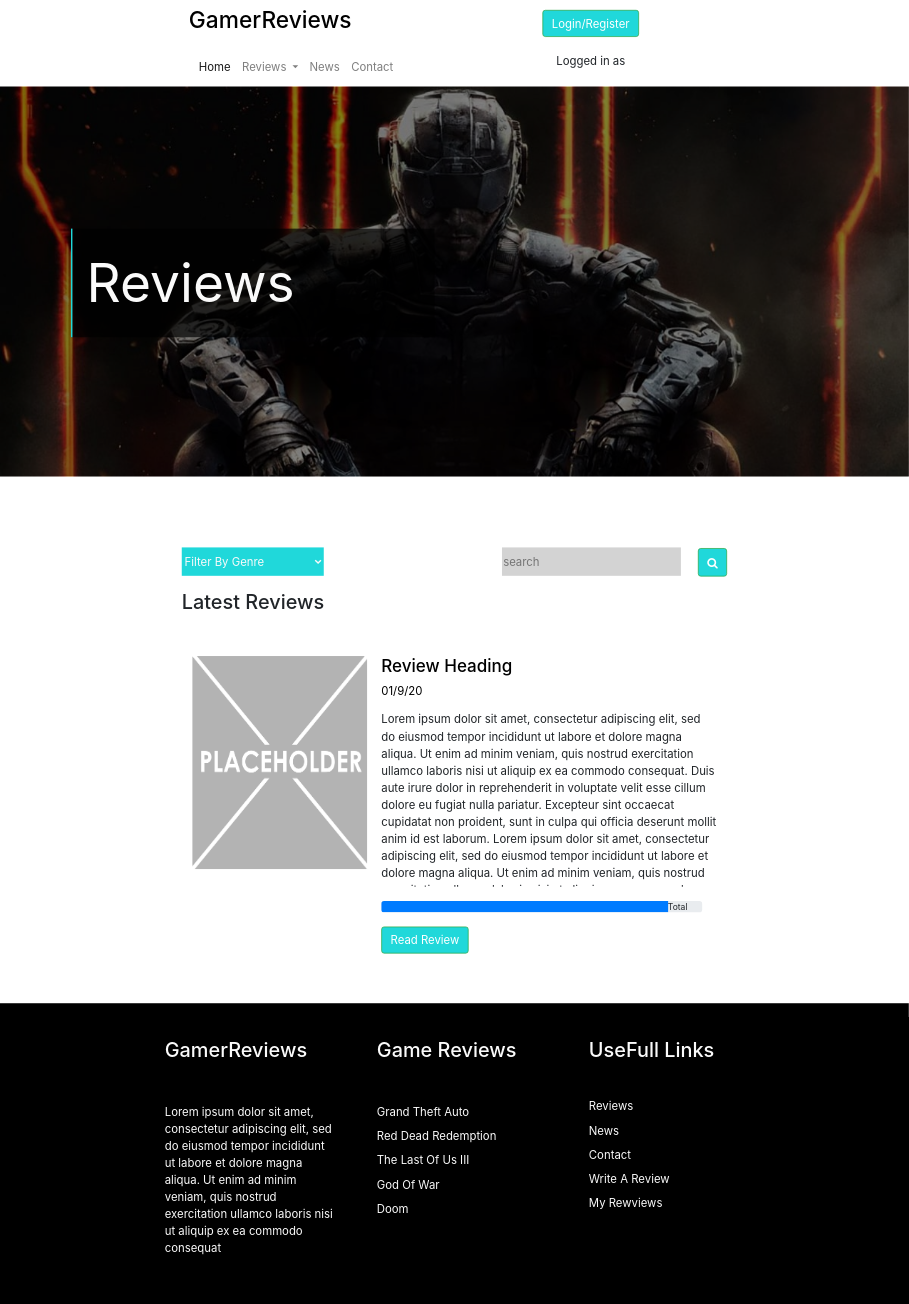
Repository: Code-Institute-Submissions/gamer-reviews
Page: http://localhost/reviews
The author's editor kept a record of every edit. The page is drawn from the files as they stood at one moment, then again after the next edit.
The browser window is 1280 px wide. The pictures show the whole page, at 71% of full size.
The page is served by the project's application, run on Flask 3 (app.py). Queries for data that is not in the repository find no rows.

Above is the page before.

### templates/reviews.html
{% extends 'base.html' %}
{% block content %}
<section>
    <div class="row container-fluid hero-image-area">
        <div class="col-12 hero-image">
            <img src="static/images/black-ops-bg.jpg" class="hero-image">
            <div class="black-overlay">
                <div>
                    <div class="reviews-hero-heading">
                        Reviews
                    </div>
                </div>
            </div>
        </div>
    </div>
</section>
<section class="reviews">
    <div class="row filter-search-area">
        <div class="col-6 filter-area">
            <select name="select-filter" class="filter">
                <option value="" class="filter-option" disabled selected>Filter By Genre</option>
                <option value="Action" class="filter-option">Action</option>
                <option value="Action-Adventure" class="filter-option">Action-Adventure</option>
                <option value="Adventure" class="filter-option">Adventure</option>
                <option value="Role-Playing" class="filter-option">Role-Playing</option>
                <option value="Simulation" class="filter-option">Simulation</option>
                <option value="Strategy" class="filter-option">Strategy</option>
                <option value="sports" class="filter-option">Sports</option>
            </select>
        </div>
        <div class="col-6 search-area">
            <form>
                <input type="search" name="review-search" id="review-search" class="search" placeholder="search"></input>
                <button type="submit" class="btn btn-success search-btn"><i class="fa fa-search"></i></button>
            </form>
        </div>
    </div>
    <div class="row">
        <div class="col-12">
            <h3 class="reviews-heading">Latest Reviews</h3>
        </div>
    </div>
    <div class="row review-area container">
        <div class="col-4">
            <img src="static/images/placeholder.png" class="review-img">
        </div>
        <div class="col-8">
            <h4 class="review-heading">Review Heading</h4>
            <p class="review-heading">01/9/20</p>
            <div>
                <p class="review-content">Lorem ipsum dolor sit amet, consectetur adipiscing elit, sed do eiusmod tempor incididunt ut labore et dolore magna aliqua. Ut enim ad minim veniam, quis nostrud exercitation ullamco laboris nisi ut aliquip ex ea commodo consequat. Duis
                    aute irure dolor in reprehenderit in voluptate velit esse cillum dolore eu fugiat nulla pariatur. Excepteur sint occaecat cupidatat non proident, sunt in culpa qui officia deserunt mollit anim id est laborum. Lorem ipsum dolor sit
                    amet, consectetur adipiscing elit, sed do eiusmod tempor incididunt ut labore et dolore magna aliqua. Ut enim ad minim veniam, quis nostrud exercitation ullamco laboris nisi ut aliquip ex ea commodo consequat. Duis aute irure dolor
                    in
                </p>
                <div class="progress">
                                <div class="progress-bar" role="progressbar" aria-valuenow="90" aria-valuemin="0" aria-valuemax="100" style="width:90%">
                                    <span class="sr-only"> 90% complete</span>
                                </div>
                                <span class="progress-type">Total 4.5</span>
                            </div>
                <a href="#"><button class="btn-success btn read-article-btn">Read Review</button></a>
            </div>
        </div>
    </div>
</section>
{% endblock %}

### templates/base.html
<!DOCTYPE html>
<html>

<head>
    <meta charset="UTF-8">
    <meta name="viewport" content="width=device-width, initial-scale=1.0">
    <meta http-equiv="X-UA-Compatible" content="ie=edge">
    <meta http-equiv="Content-Security-Policy" content="upgrade-insecure-requests">
    <link rel="stylesheet" href="https://stackpath.bootstrapcdn.com/bootstrap/4.4.1/css/bootstrap.min.css" type="text/css" />
    <link rel="stylesheet" href="https://stackpath.bootstrapcdn.com/font-awesome/4.7.0/css/font-awesome.min.css" type="text/css" />
    <link rel="stylesheet" href="https://cdnjs.cloudflare.com/ajax/libs/OwlCarousel2/2.3.4/assets/owl.carousel.min.css" integrity="sha512-tS3S5qG0BlhnQROyJXvNjeEM4UpMXHrQfTGmbQ1gKmelCxlSEBUaxhRBj/EFTzpbP4RVSrpEikbmdJobCvhE3g==" crossorigin="anonymous" />
    <link rel="stylesheet" href="https://cdnjs.cloudflare.com/ajax/libs/OwlCarousel2/2.3.4/assets/owl.theme.default.css" integrity="sha512-OTcub78R3msOCtY3Tc6FzeDJ8N9qvQn1Ph49ou13xgA9VsH9+LRxoFU6EqLhW4+PKRfU+/HReXmSZXHEkpYoOA==" crossorigin="anonymous" />
    <link href="https://fonts.googleapis.com/css2?family=Montserrat&display=swap" rel="stylesheet">
    <link rel="stylesheet" href="{{url_for('static', filename='css/style.css')}}" type="text/css" />
    {% block scripts %}{% endblock %}
    <title>GamerReview</title>
</head>

<body>
    <header class="header">
        <div class="top-header-area">
            <div class="row">
                <div class="col-6 container logo-area">
                    <a href="{{url_for('index')}}">
                        <h2 class="logo">GamerReviews</h2>
                    </a>
                </div>
                <div class="col-6 container login-area">
                    <a href="{{url_for('login')}}">
                        <button type="button" class="login-btn btn btn-success">
                            Login/Register<span><button class="login-btn-small btn btn-success"><i class="fa fa-lock"></i></span></button>
                        </button>
                    </a>
                </div>
            </div>
        </div>
        <div class="row">
            <div class="col-6 navigation-area">
                <nav class="navbar navbar-expand-md navbar-light">
                    <button class="navbar-toggler" type="button" data-toggle="collapse" data-target="#navbarSupportedContent" aria-controls="navbarSupportedContent" aria-expanded="false" aria-label="Toggle navigation">
                        <span class="navbar-toggler-icon"></span>
                    </button>
                    <div class="collapse navbar-collapse" id="navbarSupportedContent">
                        <ul class="navbar-nav mr-auto">
                            <li class="nav-item active">
                                <a class="nav-link" href="{{url_for('index')}}">Home<span class="sr-only">(current)</span></a>
                            </li>
                            <li class="nav-item dropdown">
                                <a class="nav-link dropdown-toggle" id="navbarDropdown" role="button" data-toggle="dropdown" aria-haspopup="true" aria-expanded="false">
                                Reviews
                            </a>
                                <div class="dropdown-menu" aria-labelledby="navbarDropdown">
                                    <a class="dropdown-item" href="{{url_for('reviews')}}">Reviews</a>
                                    <a class="dropdown-item" href="{{url_for('write_review')}}">Write A Review</a>
                                    <a class="dropdown-item" href="{{url_for('my_reviews')}}">My Reviews</a>
                                </div>
                            </li>
                            <li class="nav-item">
                                <a class="nav-link" href="{{url_for('articles')}}">News</a>
                            </li>
                            <li class="nav-item">
                                <a class="nav-link" href="{{url_for('contact')}}">Contact</a>
                            </li>
                        </ul>
                    </div>
                </nav>
            </div>
            <div class="col-6 container social-area">
                <p class="social-links">Logged in as {{ session['username']}}</p>
            </div>
        </div>
    </header>
    {% block content %} {% endblock %}
    <footer class="footer-area">
        <div class="row footer-inner">
            <div class="col-lg-4 about-footer-area">
                <h3 class="about-footer-heading">GamerReviews</h3>
                <p>
                    Lorem ipsum dolor sit amet, consectetur adipiscing elit, sed do eiusmod tempor incididunt ut labore et dolore magna aliqua. Ut enim ad minim veniam, quis nostrud exercitation ullamco laboris nisi ut aliquip ex ea commodo consequat
                </p>
            </div>
            <div class="col-lg-4 reviews-footer-area">
                <h3 class="reviews-footer-heading">Game Reviews</h3>
                <ul class="reviews-footer-content">
                    <li class="footer-list"><a class="a-footer" href="#">Grand Theft Auto</a></li>
                    <li class="footer-list"><a class="a-footer" href="#">Red Dead Redemption</a></li>
                    <li class="footer-list"><a class="a-footer" href="#">The Last Of Us III</a></li>
                    <li class="footer-list"><a class="a-footer" href="#">God Of War</a></li>
                    <li class="footer-list"><a class="a-footer" href="#">Doom</a></li>
                </ul>
            </div>
            <div class="col-lg-4 usefull-links-area">
                <h3 class="usefull-links-heading">UseFull Links</h3>
                <ul class="usefull-links-content">
                    <li class="footer-list"><a class="a-footer" href="#">Reviews</a></li>
                    <li class="footer-list"><a class="a-footer" href="#">News</a></li>
                    <li class="footer-list"><a class="a-footer" href="#">Contact</a></li>
                    <li class="footer-list"><a class="a-footer" href="#">Write A Review</a></li>
                    <li class="footer-list"><a class="a-footer" href="#">My Rewviews</a></li>
                </ul>
            </div>
        </div>
    </footer>
    <script src="https://code.jquery.com/jquery-3.3.1.slim.min.js" integrity="sha384-q8i/X+965DzO0rT7abK41JStQIAqVgRVzpbzo5smXKp4YfRvH+8abtTE1Pi6jizo" crossorigin="anonymous"></script>
    <script src="https://cdnjs.cloudflare.com/ajax/libs/popper.js/1.14.7/umd/popper.min.js" integrity="sha384-UO2eT0CpHqdSJQ6hJty5KVphtPhzWj9WO1clHTMGa3JDZwrnQq4sF86dIHNDz0W1" crossorigin="anonymous"></script>
    <script src="https://stackpath.bootstrapcdn.com/bootstrap/4.3.1/js/bootstrap.min.js" integrity="sha384-JjSmVgyd0p3pXB1rRibZUAYoIIy6OrQ6VrjIEaFf/nJGzIxFDsf4x0xIM+B07jRM" crossorigin="anonymous"></script>
    <script src="https://cdnjs.cloudflare.com/ajax/libs/OwlCarousel2/2.3.4/owl.carousel.min.js" integrity="sha512-bPs7Ae6pVvhOSiIcyUClR7/q2OAsRiovw4vAkX+zJbw3ShAeeqezq50RIIcIURq7Oa20rW2n2q+fyXBNcU9lrw==" crossorigin="anonymous"></script>
    <script type="text/javascript" src="{{url_for('static', filename='js/carousel.js')}}"></script>
</body>

</html>

### app.py
import os
from flask import Flask, render_template, redirect, request, url_for, session
from flask_pymongo import PyMongo
import bcrypt
from bson.objectid import ObjectId



app = Flask(__name__)

app.config["MONGO_DBNAME"] = 'gamer-reviews'
app.config["MONGO_URI"] = 'mongodb+srv://joe:Drumgoon6894@gamerreview.85ibj.mongodb.net/gamer-reviews?retryWrites=true&w=majority'

mongo = PyMongo(app)

@app.route('/')
@app.route('/index')
def index():
    return render_template("index.html")

@app.route('/login', methods=['GET', 'POST'])
def login():
    users = mongo.db.users
    login_user = users.find_one({'name': request.form.get('username')})

    if login_user:
        if bcrypt.hashpw(request.form['password'].encode('utf-8'), login_user['password']) == login_user['password']:
            session['username'] = request.form['username']
            return render_template('index.html')
        else:
            return "invalid login details"

    return render_template('login.html')

@app.route('/register', methods=["POST", "GET"])
def register():
    if request.method == 'POST':
        users = mongo.db.users
        existing_user = users.find_one({'name': request.form['username']})

        if existing_user is None:
            hashpass = bcrypt.hashpw(request.form['password'].encode('utf-8'), bcrypt.gensalt())
            users.insert({'name': request.form['username'], 'password': hashpass})
            session['username'] = request.form['username']
            return render_template('index.html')

        return 'that username already exists!'

    return render_template('register.html')

@app.route('/articles')
def articles():
    return render_template("articles.html", reviews=mongo.db.reviews.find())

@app.route('/single_article')
def single_article():
    return render_template("single-article.html")

@app.route('/reviews')
def reviews():
    return render_template("reviews.html", reviews=mongo.db.reviews.find())

@app.route('/single_review')
def single_review():
    return render_template("single-review.html", reviews=mongo.db.reviews.find())

@app.route('/write_review', methods=["POST", "GET"])
def write_review():
    if 'username' not in session:
        return render_template('must-login.html')
    reviews = mongo.db.reviews
    reviews.insert_one({"name": request.form.get('username'),
        "game_name": request.form.get('game-name'),
        "dev_name": request.form.get('dev-name'),
        "genre": request.form.get('genre'),
        "image": request.form.get('image'),
        "gameplay": request.form.get('gameplay'),
        "story": request.form.get('story'),
        "production-quality": request.form.get('production-quality'),
        "price": request.form.get('price'),
        "platform": request.form.get('platform'),
        "body": request.form.get('body')
    })
    return render_template("write-review.html")

@app.route('/contact')
def contact():
    return render_template('contact.html', reviews=mongo.db.reviews.find())

@app.route('/my_reviews')
def my_reviews():
    if 'username' not in session:
        return render_template('must-login.html')
    return render_template('my-reviews.html', reviews=mongo.db.reviews.find())

@app.route('/must_login')
def must_login():
    return render_template('must-login.html')

if __name__ == '__main__':
    app.secret_key = 'mysecret'
    app.run(host=os.environ.get('IP'),
            port=int(os.environ.get('PORT')),
            debug=True)

Loaded but not shown: static/css/style.css (986 lines, source omitted); static/js/carousel.js (no copy from this time; the picture is the same without it)

After the next edit:
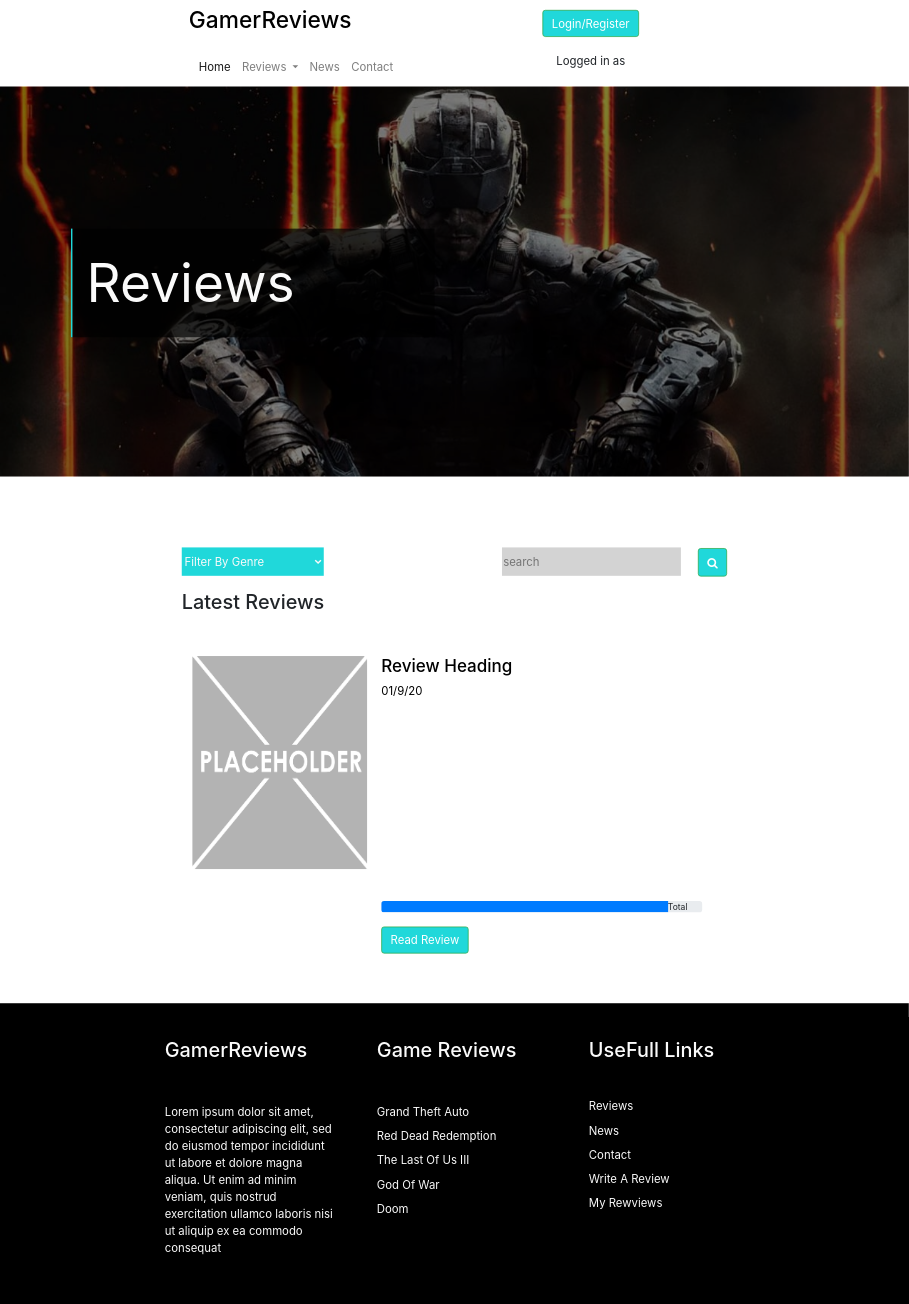
The edit:
--- a/templates/reviews.html
+++ b/templates/reviews.html
@@ -48,11 +48,7 @@
             <h4 class="review-heading">Review Heading</h4>
             <p class="review-heading">01/9/20</p>
             <div>
-                <p class="review-content">Lorem ipsum dolor sit amet, consectetur adipiscing elit, sed do eiusmod tempor incididunt ut labore et dolore magna aliqua. Ut enim ad minim veniam, quis nostrud exercitation ullamco laboris nisi ut aliquip ex ea commodo consequat. Duis
-                    aute irure dolor in reprehenderit in voluptate velit esse cillum dolore eu fugiat nulla pariatur. Excepteur sint occaecat cupidatat non proident, sunt in culpa qui officia deserunt mollit anim id est laborum. Lorem ipsum dolor sit
-                    amet, consectetur adipiscing elit, sed do eiusmod tempor incididunt ut labore et dolore magna aliqua. Ut enim ad minim veniam, quis nostrud exercitation ullamco laboris nisi ut aliquip ex ea commodo consequat. Duis aute irure dolor
-                    in
-                </p>
+                <p class="review-content"></p>
                 <div class="progress">
                                 <div class="progress-bar" role="progressbar" aria-valuenow="90" aria-valuemin="0" aria-valuemax="100" style="width:90%">
                                     <span class="sr-only"> 90% complete</span>
